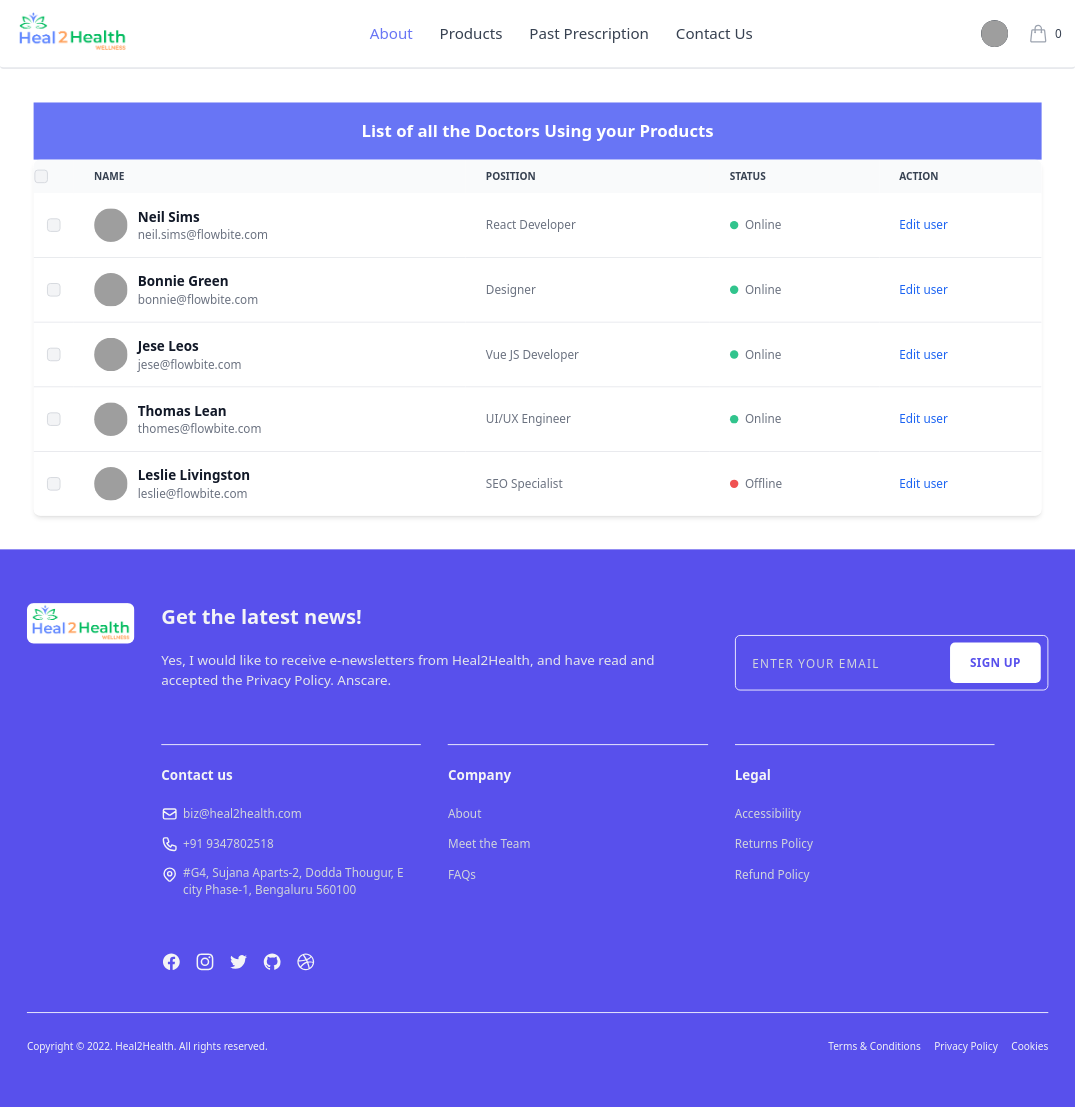
Repository: Akash123-coder/H2H
Page: /dealer (app in Frontend/)
The author's editor kept a copy of each file at every save. The page is drawn from the files as they stood at one save, then again after the next save.
The browser window is 1280 px wide. The pictures show the whole page, at 84% of full size.
Pictures or frames that could not be fetched are drawn as grey boxes. The project was rebuilt for these pictures with package versions that can differ from the ones it lists, and the page was loaded fresh each time. Also part of the build but not shown: Frontend/vite.config.ts, Frontend/src/pages/About.tsx, Frontend/src/components/Cta.jsx, Frontend/src/pages/Home.jsx, Frontend/src/components/Product.tsx, Frontend/src/components/Select.jsx, Frontend/src/components/CompanySelect.jsx, Frontend/src/pages/Prescription.jsx and 7 more.

Above is the page before, as saved 2022-10-12 12:03:33.

After the next save:
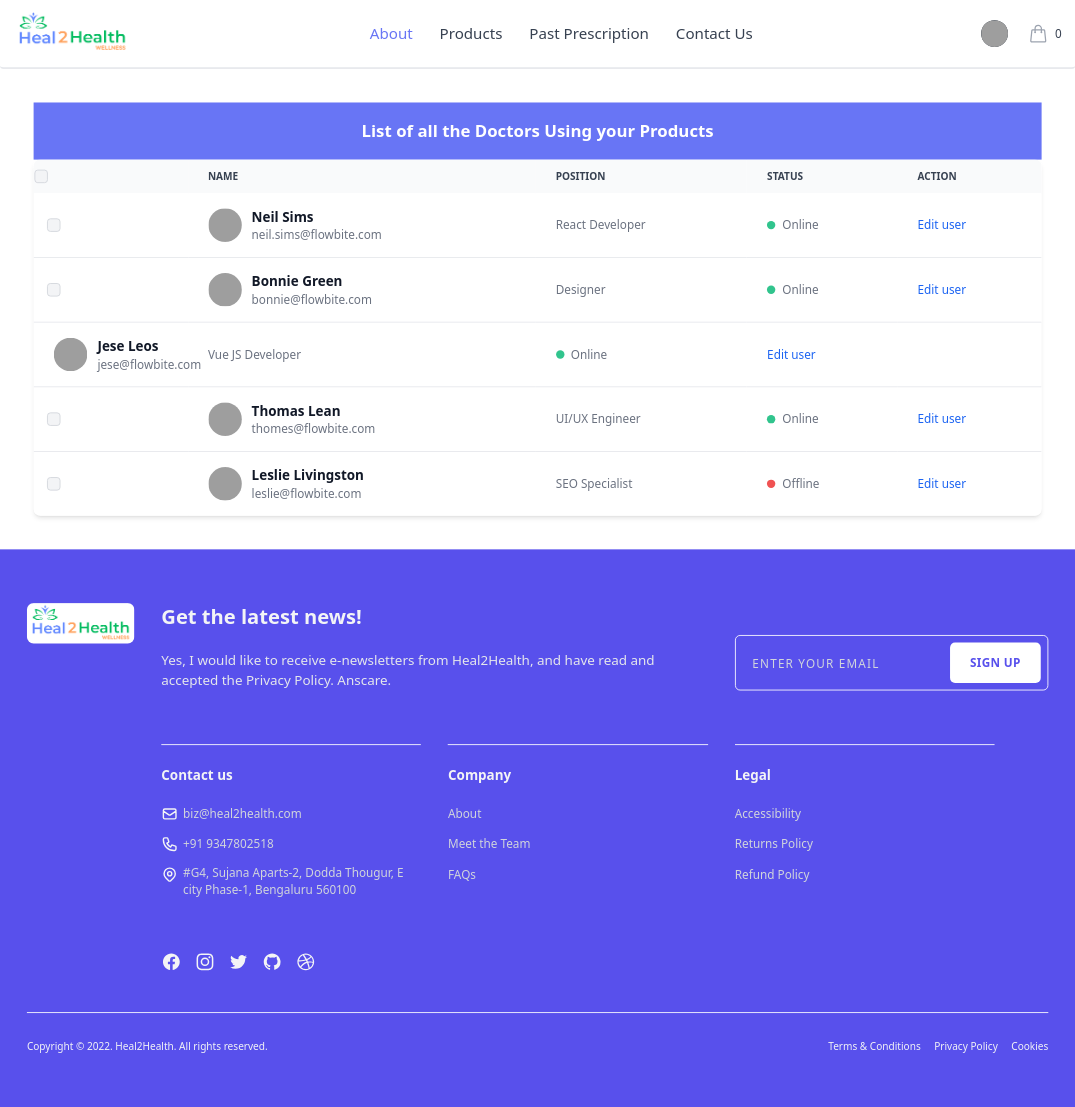
Saved 27 s later.
--- a/Frontend/src/components/List.jsx
+++ b/Frontend/src/components/List.jsx
@@ -85,12 +85,7 @@ function List() {
                 </td>
             </tr>
             <tr className="bg-white border-b dark:bg-gray-800 dark:border-gray-700 hover:bg-gray-50 dark:hover:bg-gray-600">
-                <td className="p-4 w-4">
-                    <div className="flex items-center">
-                        <input id="checkbox-table-search-2" type="checkbox" className="w-4 h-4 text-blue-600 bg-gray-100 rounded border-gray-300 focus:ring-blue-500 dark:focus:ring-blue-600 dark:ring-offset-gray-800 focus:ring-2 dark:bg-gray-700 dark:border-gray-600"/>
-                        <label for="checkbox-table-search-2" className="sr-only">checkbox</label>
-                    </div>
-                </td>
+
                 <th scope="row" className="flex items-center py-4 px-6 font-medium text-gray-900 whitespace-nowrap dark:text-white">
                     <img className="w-10 h-10 rounded-full" src="http://begmetobuyit.com/application/css/images/noImage.jpg" alt="Jese image"/>
                     <div className="pl-3">
